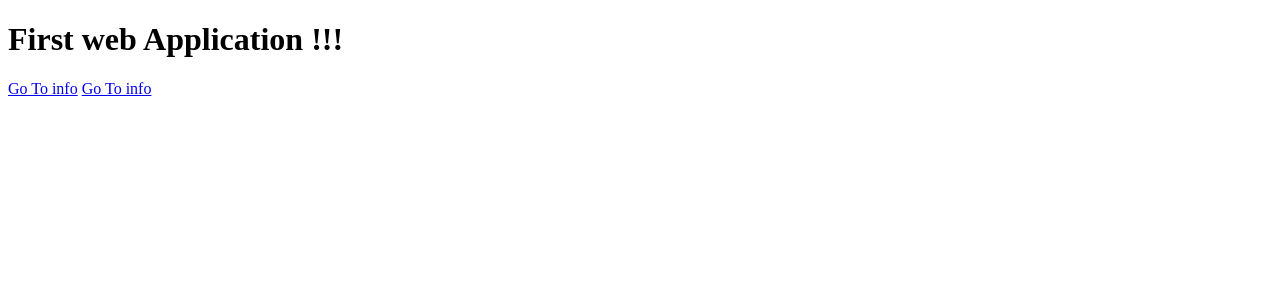
Repository: AJEET006/AdvanceJava-DSA
Page: ADVANCE_JAVA/FirstWebApp/WebContent/First.html
The author's editor kept a copy of each file at every save. The page is drawn from the files as they stood at one save, then again after the next save.
The browser window is 1280 px wide. The pictures show the whole page.

Above is the page before, as saved 2022-06-21 14:35:17.

After the next save:
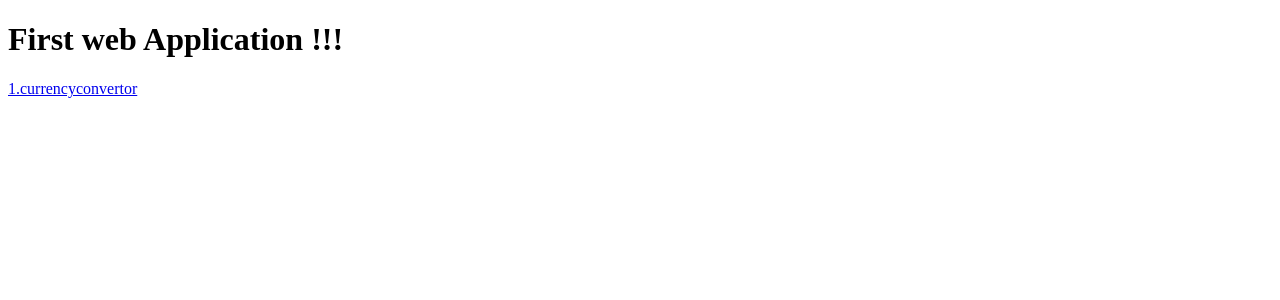
Saved 3 min 0 s later.
--- a/ADVANCE_JAVA/FirstWebApp/WebContent/First.html
+++ b/ADVANCE_JAVA/FirstWebApp/WebContent/First.html
@@ -6,7 +6,7 @@
 </head>
 <body>
 	<h1>First web Application !!!</h1>
-	<a href="Secondpage.html">Go To info</a>
-	<a href="changecurrency.html">Go To info</a>
+
+	<a href="changecurrency.html">1.currencyconvertor</a>
 </body>
 </html>
